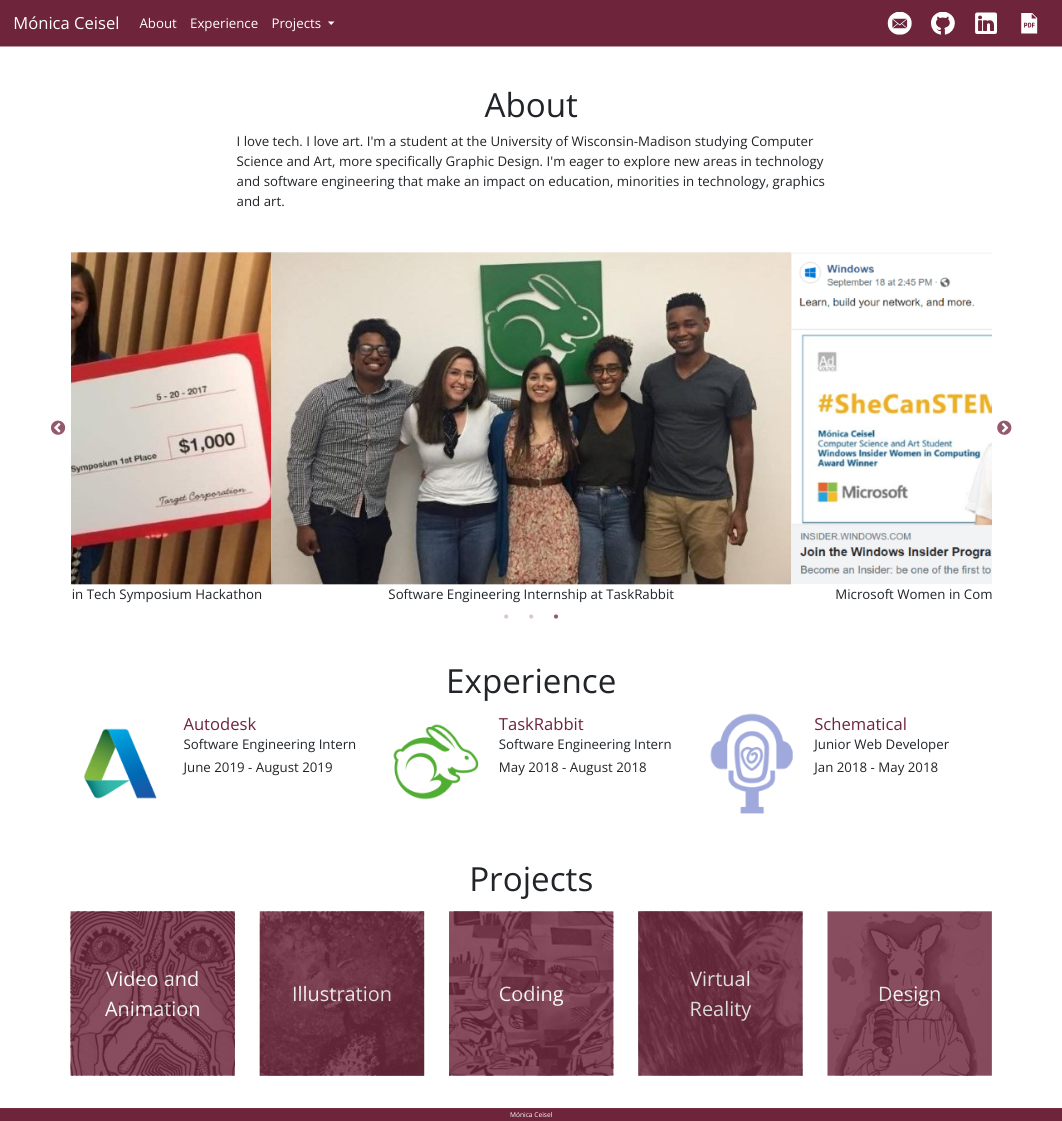
Repository: ceiselm/ceiselm.github.io
Page: index.html
An editor plug-in stored every save of this project. The page is shown before and after the next save, followed by the edit.
The browser window is 1280 px wide. The pictures show the whole page, at 83% of full size.

Above is the page before, as saved 2019-07-12 06:58:19.

### index.html
<!DOCTYPE html>
<html lang="en">

<head>
  <meta charset="utf-8">
  <meta http-equiv="X-UA-Compatible" content="IE=edge">
  <meta name="viewport" content="width=device-width, initial-scale=1">
  <title>M&oacute;nica Ceisel</title>
  <!-- Bootstrap -->
  <link href="css/bootstrap-4.2.1.css" rel="stylesheet">
  <!-- slick -->
  <link rel="stylesheet" type="text/css" href="slick/slick.css" />
  <!-- Add the new slick-theme.css if you want the default styling -->
  <link rel="stylesheet" type="text/css" href="slick/slick-theme.css" />
  <!-- font -->
  <link href="https://fonts.googleapis.com/css?family=Open+Sans&display=swap" rel="stylesheet">
  <!-- overwrites -->
  <link href="css/home.css" rel="stylesheet">
</head>

<body>
  <nav class="navbar navbar-expand-lg navbar-dark bg-dark">
    <a class="navbar-brand" href="./index.html">M&oacute;nica Ceisel</a>
    <button class="navbar-toggler" type="button" data-toggle="collapse" data-target="#navbarSupportedContent"
      aria-controls="navbarSupportedContent" aria-expanded="false" aria-label="Toggle navigation">
      <span class="navbar-toggler-icon"></span>
    </button>
    <div class="collapse navbar-collapse" id="navbarSupportedContent">
      <ul class="navbar-nav mr-auto">
        <li class="nav-item">
          <a class="nav-link" href="#startAbout">About</a>
        </li>
        <li class="nav-item">
          <a class="nav-link" href="#startExperience">Experience</a>
        </li>
        <li class="nav-item dropdown">
          <a class="nav-link dropdown-toggle" href="#" id="navbarDropdown" role="button" data-toggle="dropdown"
            aria-haspopup="true" aria-expanded="false">
            Projects
          </a>
          <div class="dropdown-menu" aria-labelledby="navbarDropdown">
            <a class="dropdown-item" href="./subpages/coding.html">Coding</a>
            <div class="dropdown-divider"></div>
            <a class="dropdown-item" href="./subpages/illustration.html">Illustration</a>
            <a class="dropdown-item" href="./subpages/design.html">Design</a>
            <a class="dropdown-item" href="./subpages/virtualreality.html">Virtual Reality</a>
            <a class="dropdown-item" href="./subpages/videoandanimation.html">Video and Animation</a>
          </div>
        </li>
      </ul>
    </div>
    <!--		HAVE ICONS APPEAR ON BOTTOM FOR RESPONSIVE!-->
    <div class="navabar navbar-collapse">
      <ul class="navbar-nav ml-auto">
        <li class="nav-item">
          <a target="_blank" href="mailto:ceiselm@gmail.com"><img class="contact-icon" src="images/social/mail.svg"
              title="ceiselm@gmail.com" alt="mail"></a>
          <a target="_blank" href="https://github.com/ceiselm"><img class="contact-icon" src="images/social/github.svg"
              title="ceiselm" alt="github"></a>
          <a target="_blank" href="https://www.linkedin.com/in/monicaceisel/"><img class="contact-icon" src="images/social/linkedin.svg"
              title="monicaceisel" alt="linkedin"></a>
          <!-- <a target="_blank" href="https://twitter.com/Momonimations"><img class="contact-icon" src="images/social/twitter.svg" title="Momonimations" alt="twitter"></a> -->
          <a target="_blank" href="https://drive.google.com/file/d/1QmD4gdm7__M2SBpGTWKV59mZdb-YG6Mg/view?usp=sharing"><img
              class="contact-icon" src="images/social/pdf.svg" title="Resume" alt="resume"></a>
        </li>
      </ul>
    </div>
  </nav>
  <!-- <hr> -->
  <div class="portion">
    <section>
      <div class="text-center mt-2">
        <div class="container">
          <div class="row">
            <div class="col-12">
              <h1 id="startAbout">About</h1>
              <div class="container">
                <div class="row justify-content-center">
                  <div class="col col-md-8">
                    <p align="left">I love tech. I love art. I'm a student at the University of Wisconsin-Madison
                      studying Computer Science and Art,
                      more specifically Graphic Design. I'm eager to explore new areas in technology and software
                      engineering that
                      make an impact on education, minorities in technology, graphics and art.
                    </p>
                  </div>
                </div>
              </div>
              <!--				https://insider.windows.com/en-us/community-news/how-this-coder-artist-grew-superpowers-to-create/-->
              <!--				https://insider.windows.com/en-us/community-news/extraordinary-women-in-computing/-->

              <!-- <div class="wrapper"> -->
              <div class="portion">
                <div class="slides">
                  <div><img class="slide-item" src="images/carousel/Microsoft.png" alt="First slide">Microsoft Women in
                    Computing Award Winner</div>
                  <div><img class="slide-item" src="images/carousel/Target.jpg" alt="Second slide">1st Place for the
                    Target Women in Tech Symposium Hackathon</div>
                  <div><img class="slide-item" src="images/carousel/TaskRabbit.jpg" alt="Third slide">Software
                    Engineering Internship at TaskRabbit</div>
                </div>
              </div>
            </div>
          </div>
        </div>
      </div>
    </section>
  </div>
  <!-- <hr> -->
  <div class="portion">
    <section>
      <div class="container">
        <div class="row">
          <div class="col-12 text-center">
            <h1 id="startExperience">Experience</h1>
            <!-- <p>Lorem ipsum dolor sit amet, consectetur adipisicing elit. Quibusdam, magni, doloribus, possimus eum sapiente deleniti doloremque fugit ut expedita molestiae iusto debitis eveniet modi obcaecati ipsam quos quis labore dicta.</p> -->
          </div>
        </div>
      </div>
    </section>
    <section>
      <div class="container mt-2">
        <div class="row">
          <div class="col-md-4 col-12">
            <ul class="list-unstyled">
              <li class="media">
                <img class="mr-3" src="images/companies/120px-Autodesk_logo.svg.png" alt="Generic placeholder image">
                <div class="media-body">
                  <h5 class="mt-0 mb-1"><a href="https://www.autodesk.com/">Autodesk</a></h5>
                  <h6>Software Engineering Intern</h6>
                  <h6>June 2019 - August 2019</h6>
                </div>
              </li>
            </ul>
          </div>
          <div class="col-md-4 col-12">
            <ul class="list-unstyled">
              <li class="media">
                <img class="mr-3" src="images/companies/taskrabbit_logo.png" alt="Generic placeholder image">
                <div class="media-body">
                  <h5 class="mt-0 mb-1"><a href="https://www.taskrabbit.com/">TaskRabbit</a></h5>
                  <h6>Software Engineering Intern</h6>
                  <h6>May 2018 - August 2018</h6>
                </div>
              </li>
            </ul>
          </div>
          <div class="col-md-4 col-12">
            <ul class="list-unstyled">
              <li class="media">
                <img class="mr-3" src="images/companies/castdex_logo.png" alt="Generic placeholder image">
                <div class="media-body">
                  <h5 class="mt-0 mb-1"><a href="http://www.castdex.com/">Schematical</a></h5>
                  <h6>Junior Web Developer</h6>
                  <h6>Jan 2018 - May 2018</h6>
                </div>
              </li>
            </ul>
          </div>
        </div>
      </div>
    </section>
  </div>
  <!-- <hr> -->
  <div class="portion">
    <section>
      <div class="container">
        <div class="row">
          <div class="col-12 text-center">
            <h1>Projects</h1>
            <!-- <p>Lorem ipsum dolor sit amet, consectetur adipisicing elit. Officia, et, placeat !</p> -->
          </div>
        </div>
        <div class="row mt-2">

          <div class="col-md mt-md-0 mt-1">
            <a href="#">
              <img class="image img-fluid float-right" src="images/buttons/Button03.png" alt="">
              <div class="overlay">
                <div class="text">Video and Animation</div>
              </div>
            </a>
          </div>

          <div class="col-md mt-md-0 mt-1">
            <a href="#">
              <img class="image img-fluid float-left" src="images/buttons/Button01.png" alt="">
              <div class="overlay">
                <div class="text">Illustration</div>
              </div>
            </a>
          </div>

          <div class="col-md mt-md-0 mt-1">
            <a href="#">
              <img class="image img-fluid float-left" src="images/buttons/Button05.png" alt="" href="#">
              <div class="overlay">
                <div class="text">Coding</div>
              </div>
            </a>
          </div>
          <div class="col-md mt-md-0 mt-1">
            <a href="#">
              <img class="image img-fluid float-right" src="images/buttons/Button04.png" alt="" href="#">
              <div class="overlay">
                <div class="text">Virtual Reality</div>
              </div>
            </a>
          </div>
          <div class="col-md mt-md-0 mt-1">
            <a href="#">
              <img class="image img-fluid float-left" src="images/buttons/Button02.png" alt="" href="#">
              <div class="overlay">
                <div class="text">Design</div>
              </div>
            </a>
          </div>
        </div>
      </div>
    </section>
  </div>

  <div class="portion">
        <div class="footer">
          <div class="container h-100">
            <div class="row h-100 justify-content-center align-items-center footer-text">
              <div class="col-12 text-center">
              M&oacute;nica Ceisel
            </div>
            </div>
          </div>
        </div>
    <!-- <div class="footer"></div> -->
  </div>
  <!-- jQuery (necessary for Bootstrap's JavaScript plugins) -->
  <script src="js/jquery-3.3.1.min.js"></script>
  <!-- Include all compiled plugins (below), or include individual files as needed -->
  <script src="js/popper.min.js"></script>
  <script src="js/bootstrap-4.2.1.js"></script>
  <script src="js/index.js"></script>
  <!-- slick -->
  <script type="text/javascript" src="slick/slick.min.js"></script>
</body>

</html>

### css/home.css
@charset "utf-8";
/* CSS Document */

body {
  font-family: 'Open Sans', sans-serif;
}

.footer {
  left: 0;
  bottom: 0;
  width: 100%;
  background-color: #6E243B;
  color: white;
  text-align: center;
  height: 1rem;
}

.footer-text {
  font-size: .5rem;
}

.contact-icon {
    height: 1.8em;
    width: 3em;

}

.contact-icon:hover {
    position: relative;
	opacity: .8;
}

.bg-dark {
  background-color: #6E243B !important;
}

.navbar-dark .navbar-nav .nav-link {
    color: rgba(255, 255, 255, 255);
}

h5 {
	color: #6E243B;
}

h5:hover, h5:link, h5:focus {
	color: #EDA200;
}

a {
	text-decoration: none !important;
	color: inherit;
}

a:hover, a:link, a:focus {
	color: inherit;
}

.image {
  position:relative;
  display: block;
  width: 100%;
  height: auto;
  opacity: 0.9;
  transition: 1s ease;
  -webkit-filter: grayscale(100%); /* Safari 6.0 - 9.0 */
  filter: grayscale(100%);
}

.overlay {
  position: relative;
  top: 0;
  bottom: 0;
  left: 0;
  right: 0;
  height: 100%;
  width: 100%;
  opacity: 0.8;
  background-color: #6E243B;
}

.col-md:hover .image {
  opacity: 1;
  -webkit-filter: grayscale(0%); /* Safari 6.0 - 9.0 */
  filter: grayscale(0%);
}

.col-md:hover .overlay {
  opacity: 0;
}


.text {
  color: white;
  font-size: 18pt;
  position: absolute;
  top: 50%;
  left: 50%;
  opacity: 1 !important;
  -webkit-transform: translate(-50%, -50%);
  -ms-transform: translate(-50%, -50%);
  transform: translate(-50%, -50%);
  text-align: center;
}


.slide-item {
  width: 100%;
}


.slick-prev:before {
  color: #6E243B;
}

.slick-next:before {
  color: #6E243B;
}

.slick-dots li.slick-active button::before {
  color: #6E243B;
}

.slick-dots li button::before {
  color: #6E243B;
}

.portion {
  padding-top: 3%;
}

### js/index.js
$(document).ready(function(){
  $('.slides').slick({
    centerMode: true,
    centerPadding: '60px',
    slidesToShow: 1,
    slidesToScroll: 1,
    adaptiveHeight: true,
    dots: true,
    arrows: true,
    variableWidth: true,
    autoplay: true,
    autoplaySpeed: 2000,
    responsive: [
      {
        breakpoint: 768,
        settings: {
          arrows: false,
          centerMode: true,
          centerPadding: '40px',
          slidesToShow: 1
        }
      },
      {
        breakpoint: 480,
        settings: {
          arrows: false,
          centerMode: true,
          centerPadding: '40px',
          slidesToShow: 1
        }
      }
    ]

  });
});

Loaded but not shown: css/bootstrap-4.2.1.css (library); slick/slick.css (common file); slick/slick-theme.css (library); js/jquery-3.3.1.min.js (library); js/popper.min.js (library); js/bootstrap-4.2.1.js (library); slick/slick.min.js (library)

After the next save:
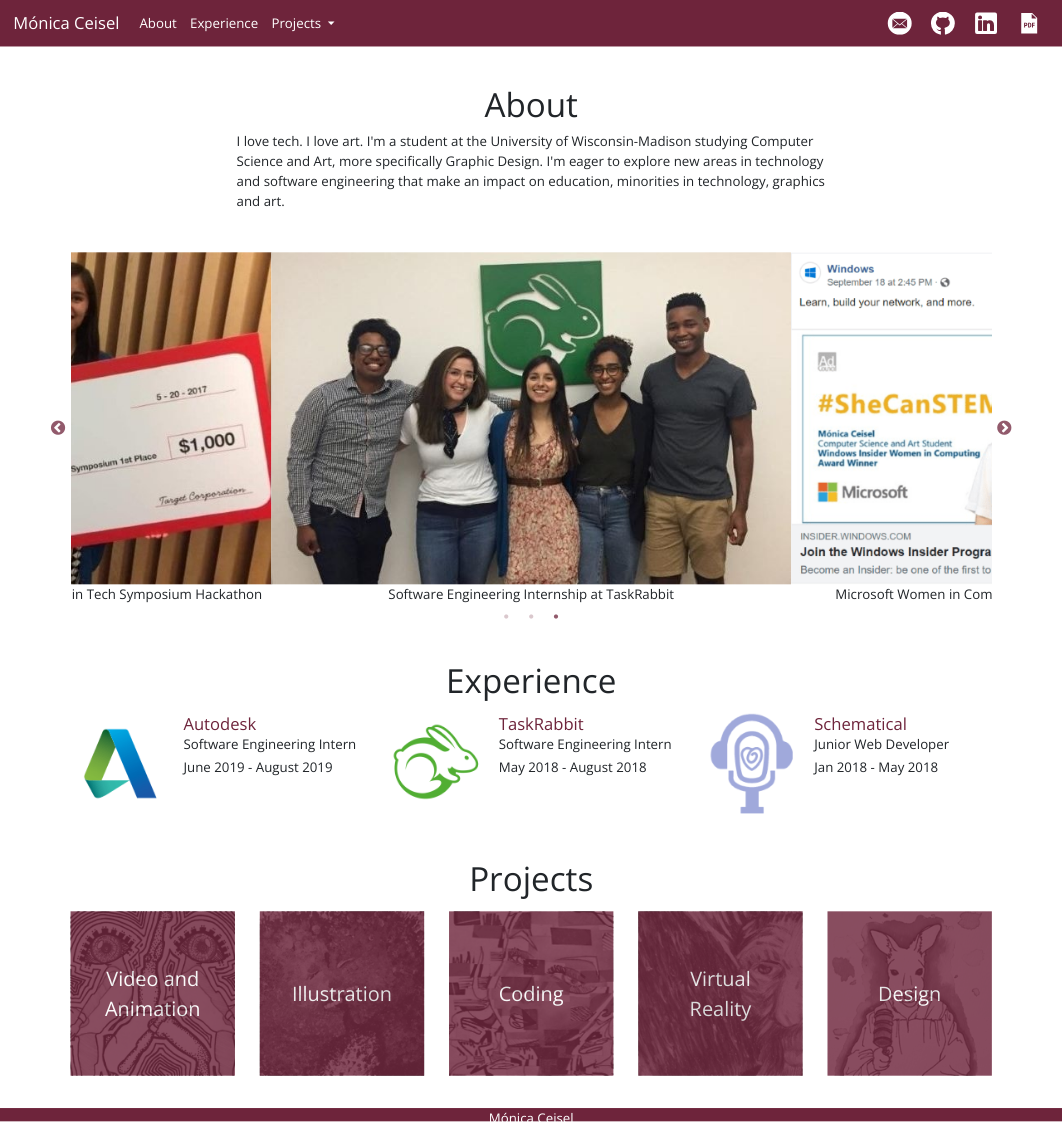
Saved 12 s later.
--- a/css/home.css
+++ b/css/home.css
@@ -15,9 +15,9 @@
   height: 1rem;
 }
 
-.footer-text {
+/* .footer-text {
   font-size: .5rem;
-}
+} */
 
 .contact-icon {
     height: 1.8em;
